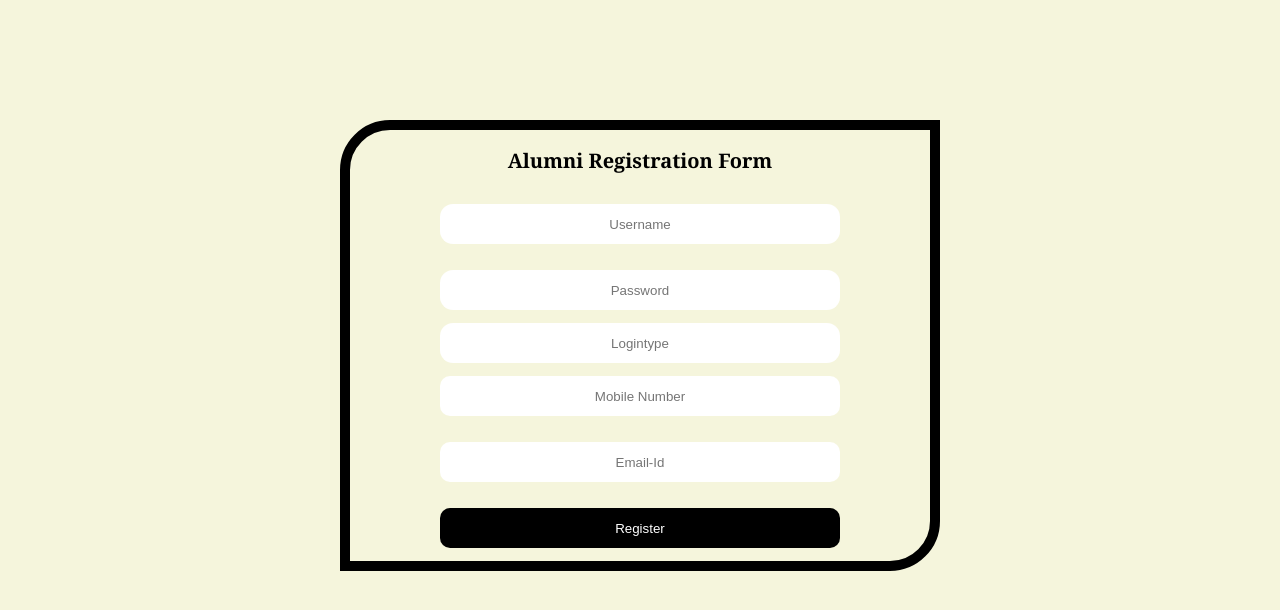
Repository: Shreyash1107/Web_Projects
Page: http://localhost/AlumnieventmanagementApplication/Register.jsp
The author's editor kept a copy of each file at every save. The page is drawn from the files as they stood at one save, then again after the next save.
The browser window is 1280 px wide. The pictures show the whole page.
The page is served by Tomcat 9. Nobody is signed in. The application's start-up code is not run. Other server files are loaded and not shown.

Above is the page before, as saved 2024-07-23 11:30:15.

### AlumnieventmanagementApplication/src/main/webapp/Register.jsp
<%@ page language="java" contentType="text/html; charset=ISO-8859-1"
	pageEncoding="ISO-8859-1"%>
<!DOCTYPE html>
<html>
<head>
<meta charset="ISO-8859-1">
<title>Registration</title>
<link rel='stylesheet' href='CSS/register.css'/>
</head>
<body>
<form name='frm' action='register' method='POST'>
<center>
<div class='box'>
	<div class='container'>
		<h4>Alumni Registration Form</h4>
		<div class='wrapper'>
			<input type='text' name='Username' value=''
				placeholder='Username' autocomplete='off' />
		</div>
		<div class='content'>
			<input type='password' name='Password' value=''
				placeholder='Password' autocomplete='off'/>
		</div>
		<div class='type'>
			<input type='text' name='Logintype' value=''
				placeholder='Logintype' autocomplete='off' />
		</div>
		<div class='sub-content'>
			<input type='contact' name='Contact' value=''
				placeholder='Mobile Number' autocomplete='off'/>
		</div>
		<div class='menu'>
			<input type='email' name='Email-Id' value=''
					placeholder='Email-Id' autocomplete='off'/>
		</div>
		<div class='btn'>
			<input type='submit' name='reg' value='Register'/>
		</div>
	</div>
	</center>
	</div>
	</form>
</body>
</html>

### AlumnieventmanagementApplication/src/main/webapp/CSS/register.css
@charset "ISO-8859-1";
*
{
	padding: 0;
	margin:0;
	box-sizing: border-box;
}
body
{
	background-color: beige;
	font-size: 20px;
	font-family: Cambria, Cochin, Georgia, Times, 'Times New Roman', serif;
	overflow: hidden;
}
.container
{
	width: 600px;
	margin:120px auto;
	border: 10px solid black;
	border-top-left-radius: 50px;
	border-bottom-right-radius: 50px;
}
.container h4
{
	padding: 17px;
}
.wrapper,.content,.sub-content,.menu,.btn
{
	padding: 13px;
}
input[type='text']
{
	width: 400px;
	height:40px;
	border-radius: 13px;
	border:none;
}
input[type='password']
{
	width: 400px;
	height:40px;
	border-radius: 13px;
	border:none;
}
input[type='submit']
{
	width: 400px;
	height:40px;
	border-radius: 10px;
	border:none;
}
input[type='contact']
{
	width: 400px;
	height:40px;
	border-radius: 10px;
	border:none;
}
input[type='email']
{
	width: 400px;
	height:40px;
	border-radius: 10px;
	border:none;
}
input[type='submit']
{
	width: 400px;
	height:40px;
	border-radius: 10px;
	border:none;
	background-color: black;
	color: white;
}
input[type='submit']:hover
{
	cursor: pointer;
	background-color:blueviolet;
	transition: background-color 1s ease-in-out, transform 1s ease-in-out;
}
input[type='text']::placeholder
{
	text-align: center;
}
input[type='password']::placeholder
{
	text-align: center;
}
input[type='contact']::placeholder
{
	text-align: center;
}
input[type='email']::placeholder
{
	text-align: center;
}

After the next save:
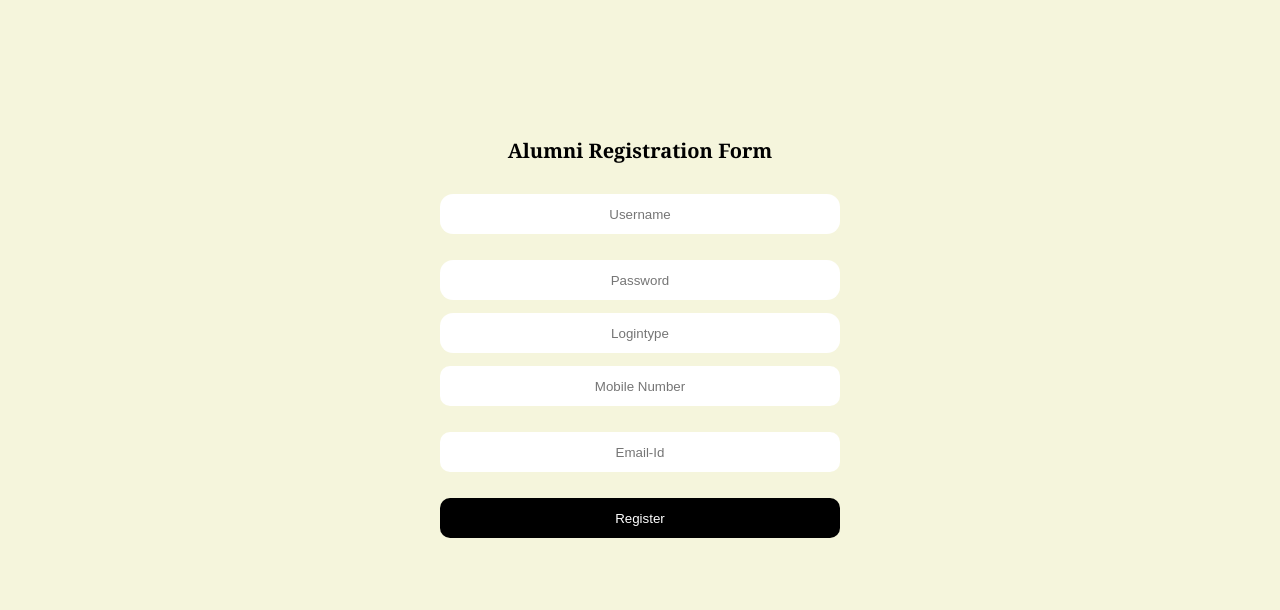
Saved 36 s later.
--- a/AlumnieventmanagementApplication/src/main/webapp/CSS/register.css
+++ b/AlumnieventmanagementApplication/src/main/webapp/CSS/register.css
@@ -16,9 +16,6 @@ body
 {
 	width: 600px;
 	margin:120px auto;
-	border: 10px solid black;
-	border-top-left-radius: 50px;
-	border-bottom-right-radius: 50px;
 }
 .container h4
 {
